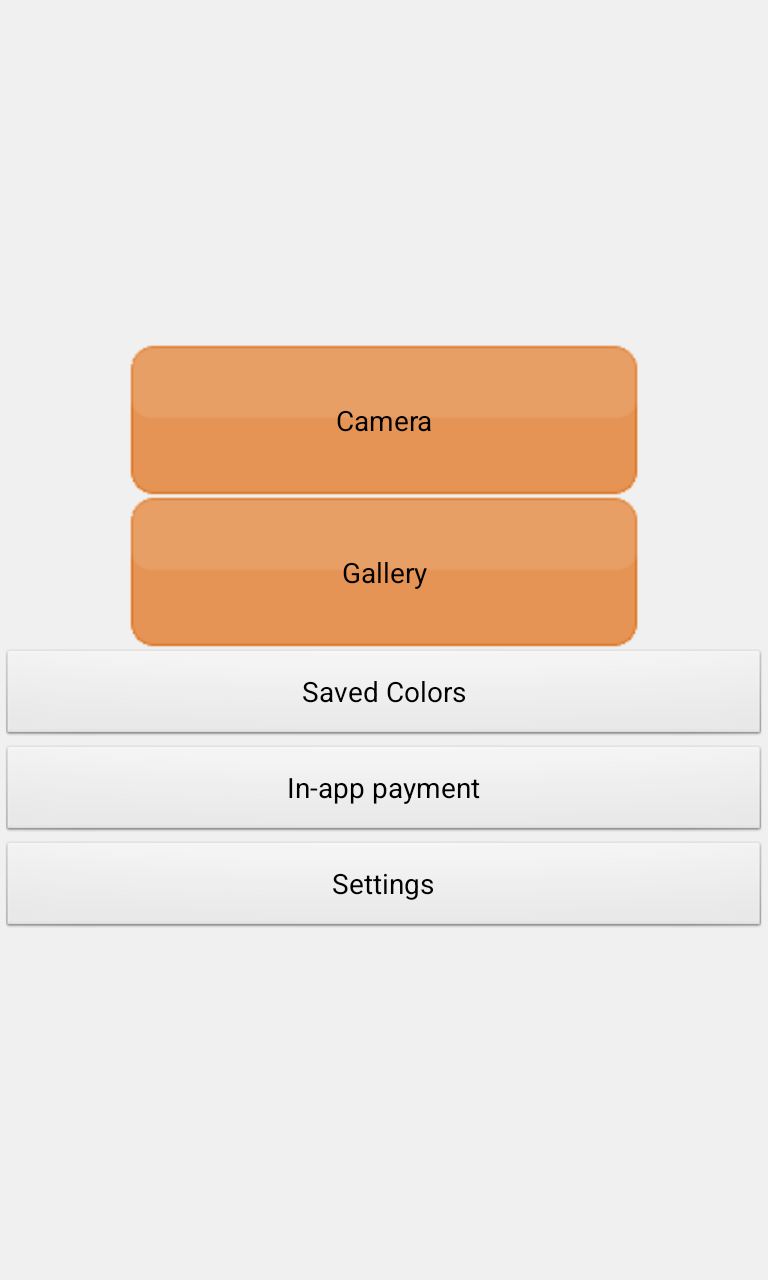
Repository: jwanglof/Rangi
Layout: client/Rangi/res/layout/mainmenu.xml
An editor plug-in stored every save of this project. The layout is shown before and after the next save, followed by the edit.
It is drawn on a 768 x 1280 px phone screen (xhdpi) without system bars, with theme android:Theme.NoTitleBar; the app's code is not run.

Above is the layout before, as saved 2012-11-01 14:26:01.

After the next save:
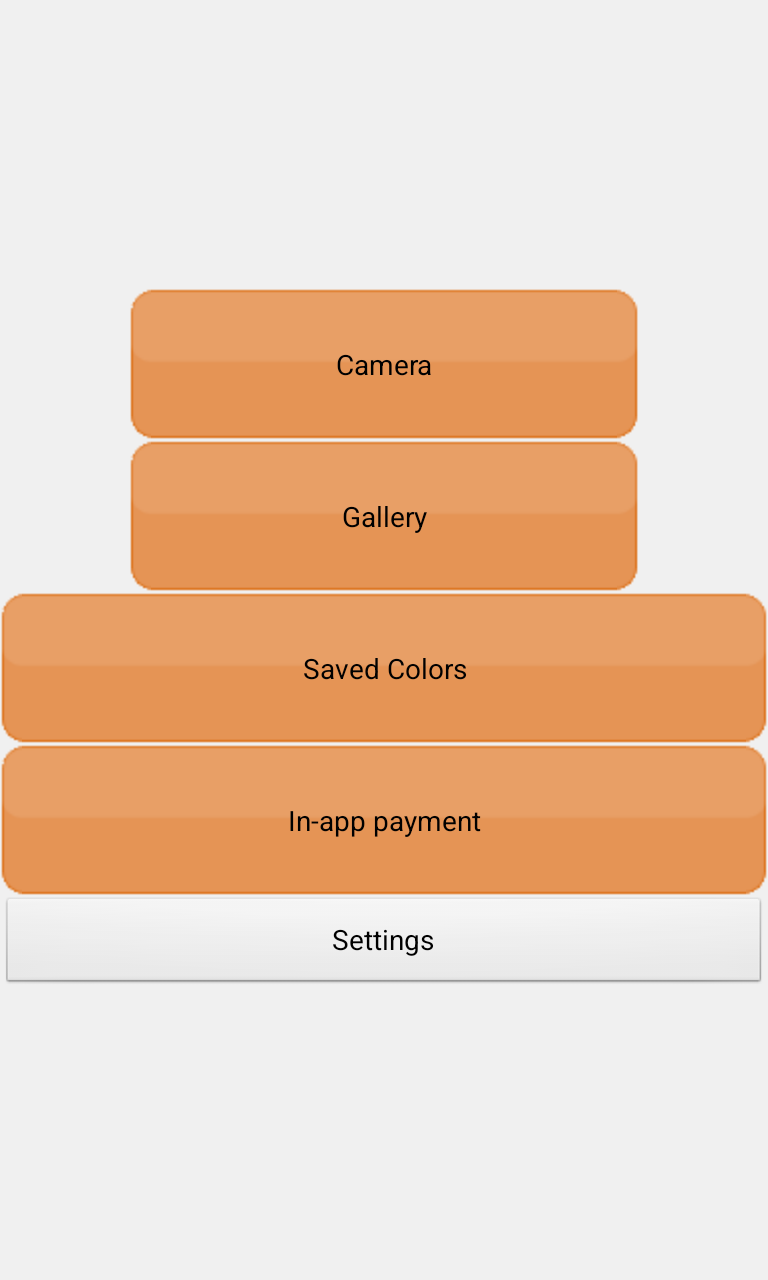
Saved 78 s later.
--- a/client/Rangi/res/layout/mainmenu.xml
+++ b/client/Rangi/res/layout/mainmenu.xml
@@ -28,14 +28,16 @@
         android:layout_width="fill_parent"
         android:layout_height="wrap_content"
         android:onClick="saved_colors"
-        android:text="@string/saved_colors" />
+        android:text="@string/saved_colors"
+        android:background="@drawable/button_background" />
 
     <Button
         android:id="@+id/in_app_button"
         android:layout_width="fill_parent"
         android:layout_height="wrap_content"
         android:onClick="in_app"
-        android:text="@string/in_app_payment" />
+        android:text="@string/in_app_payment"
+        android:background="@drawable/button_background" />
 
     <Button
         android:id="@+id/settings_button"
